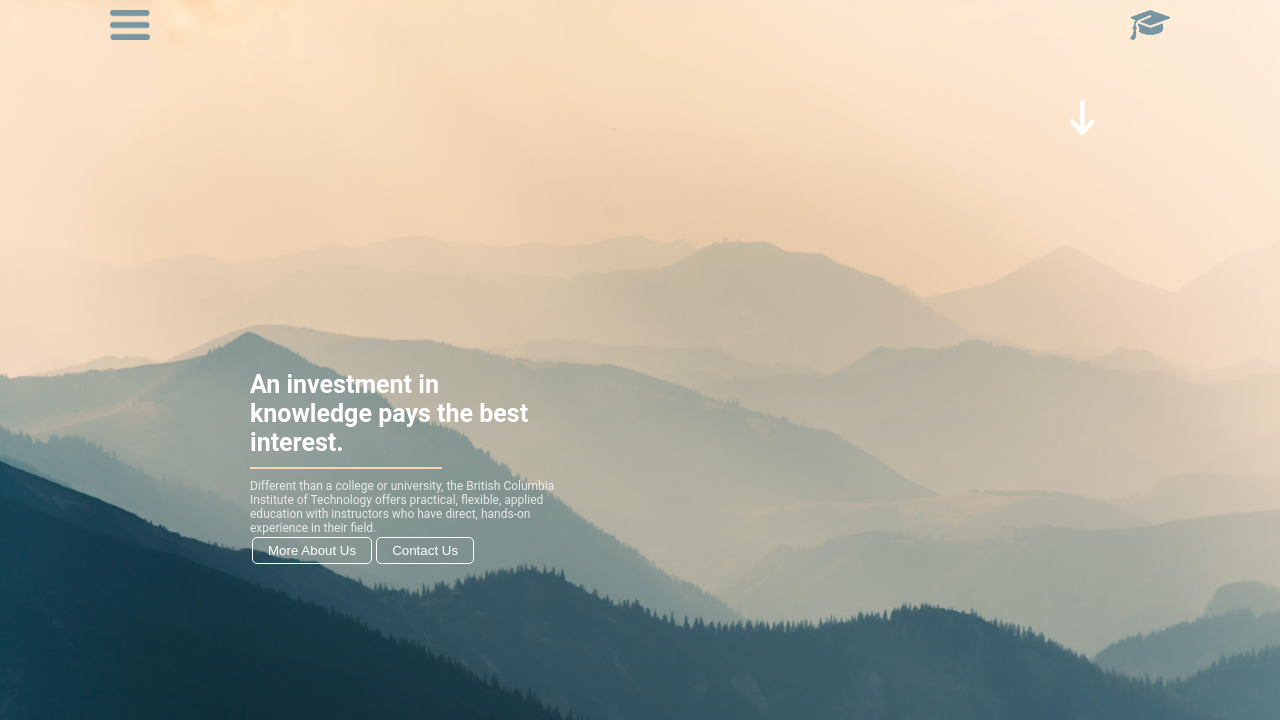
Repository: Sheraliramzan/Aly_A01253508_Assignment1
Page: /
These files come from the project's save history. The page is drawn as it stood at one moment and after the next save; the edit follows.
The browser window is 1280 px wide. The pictures show the whole page.
The project was rebuilt for these pictures with package versions that can differ from the ones it lists, and the page was loaded fresh each time. The framework's server and built-in components were replaced by stand-ins that run in the browser. Also part of the build but not shown: next.config.js.

Above is the page before, as saved 2023-02-05 14:53:46.

After the next save:
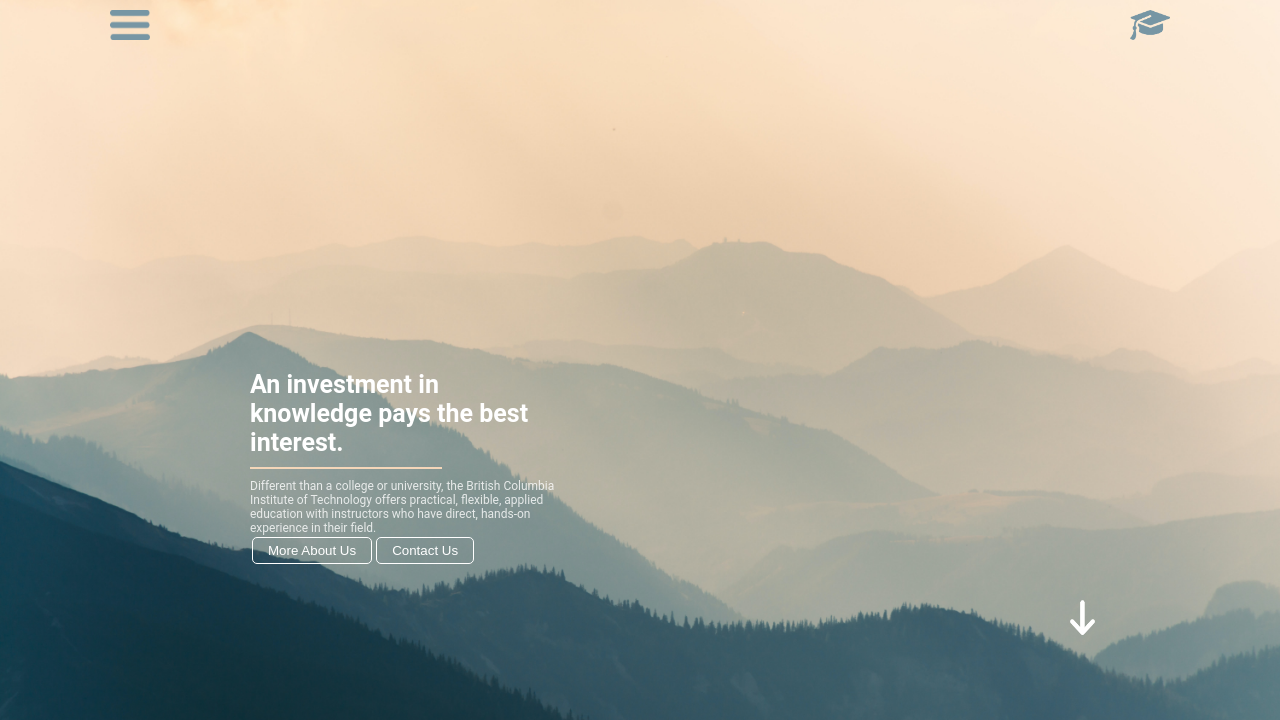
Saved 23 s later.
--- a/styles/globals.css
+++ b/styles/globals.css
@@ -95,7 +95,7 @@ ul > li {
 .downarrow{
   position: fixed;
   left:1070px;
-  top:100px;
+  top:600px;
 }
 .uparrow{
   position: fixed;
